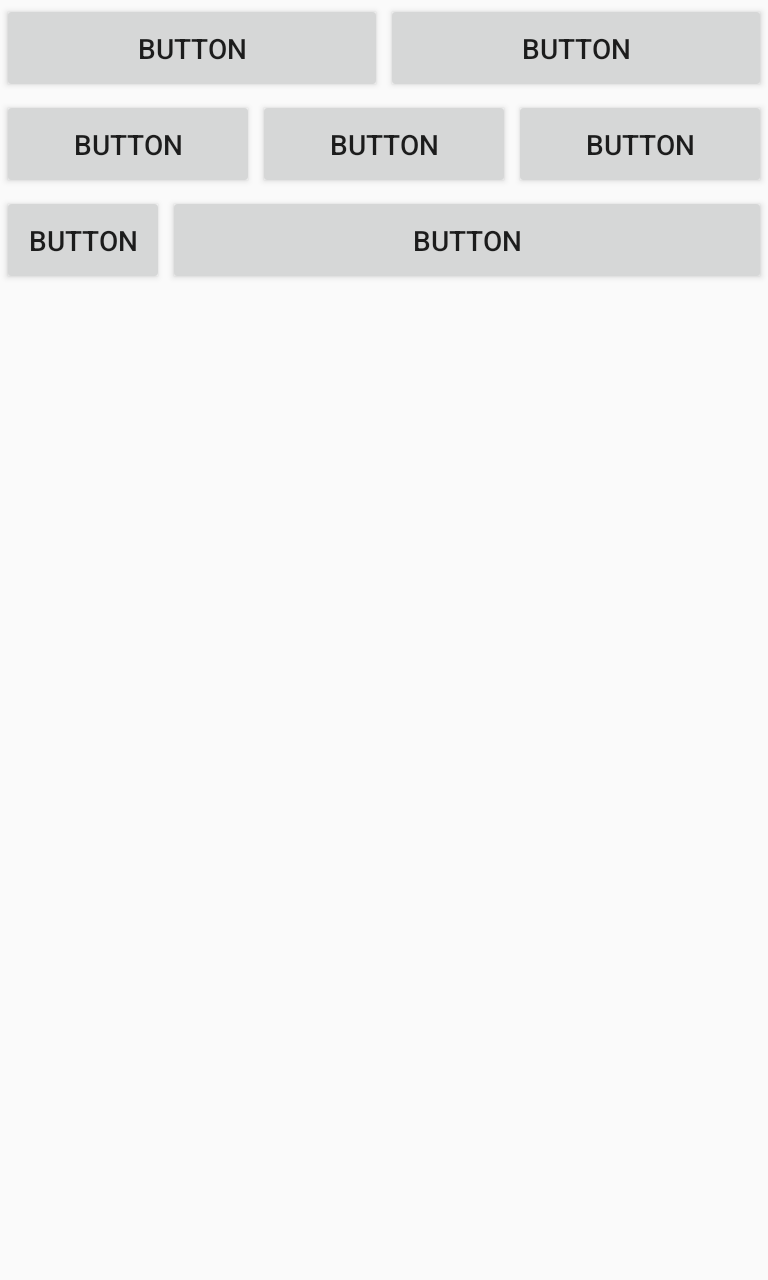
Repository: adarshnair13/my-project
Layout: example1/res/layout/activity_main.xml
The author's editor kept a copy of each file at every save. The layout is drawn from the files as they stood at one save, then again after the next save.
It is drawn on a 768 x 1280 px phone screen (xhdpi) without system bars, with theme AppTheme; the app's code is not run.

Above is the layout before, as saved 2015-02-01 21:15:27.

After the next save:
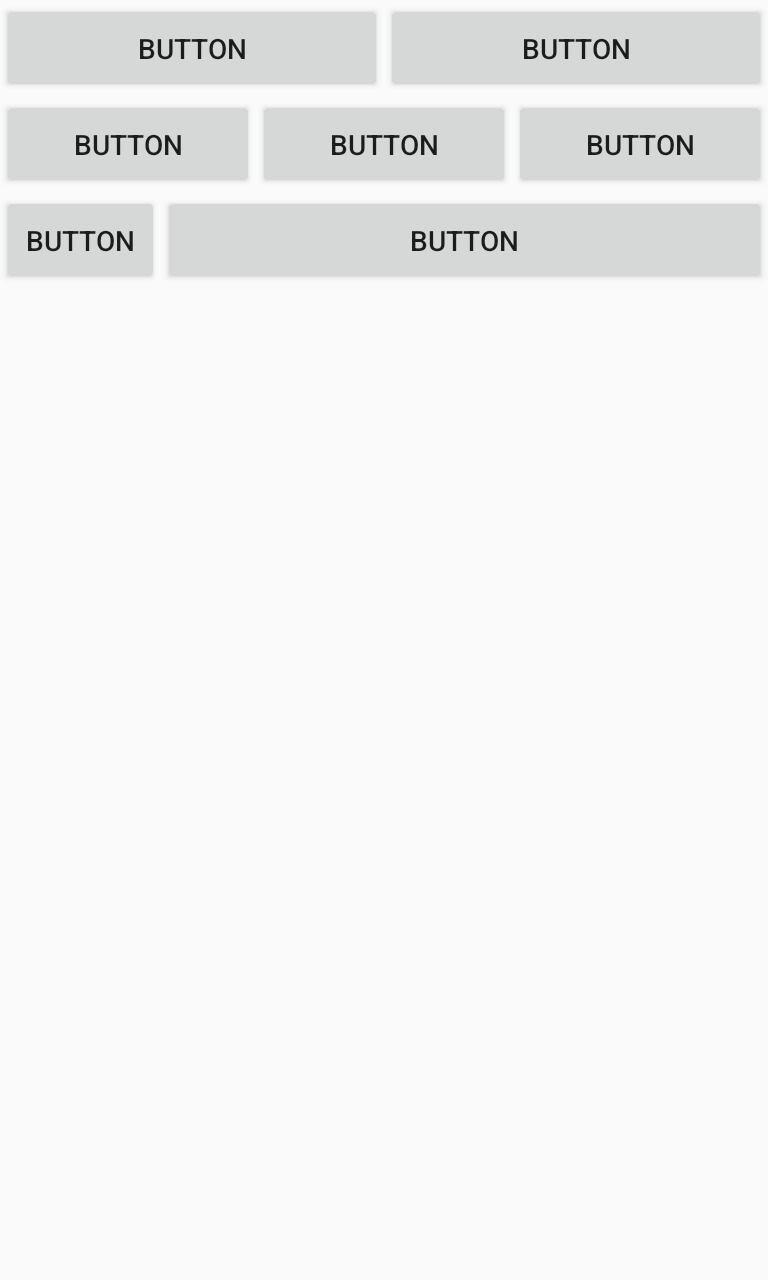
Saved 32 s later.
--- a/example1/res/layout/activity_main.xml
+++ b/example1/res/layout/activity_main.xml
@@ -61,7 +61,7 @@
     <LinearLayout
         android:layout_width="match_parent"
         android:layout_height="wrap_content"
-        android:weightSum="50.0" >
+        android:weightSum="100.0" >
 
         <Button
             android:id="@+id/button6"
@@ -76,7 +76,7 @@
             style="?android:attr/buttonStyleSmall"
             android:layout_width="wrap_content"
             android:layout_height="wrap_content"
-            android:layout_weight="49.0"
+            android:layout_weight="99.0"
             android:text="Button" />
 
     </LinearLayout>
